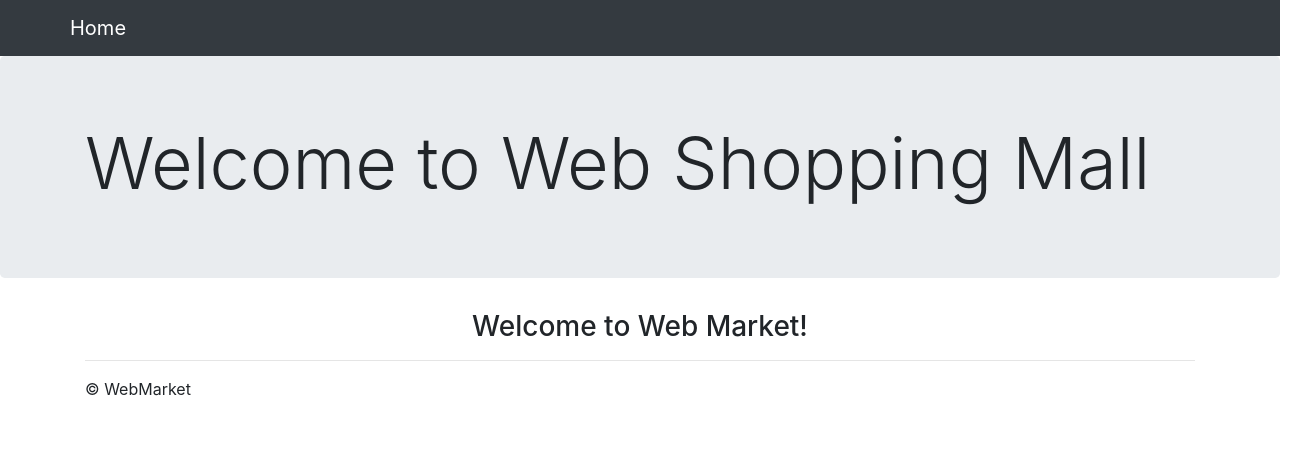
Repository: hodob/JSP_Practice
Page: http://localhost/JSP_WebMarket_JJH/ch02_ex/welcome.jsp
An editor plug-in stored every save of this project. The page is shown before and after the next save, followed by the edit.
The browser window is 1280 px wide. The page is 1280 px wide, then 1295 px, so the pictures cover 1295 px, including what lies to the right of the window. The pictures show the whole page.
The page is served by Tomcat 9. Other server files are loaded and not shown.

Above is the page before, as saved 2022-08-05 06:02:47.

### JSP_WebMarket_JJH/WebContent/ch02_ex/welcome.jsp
<%@ page language="java" contentType="text/html; charset=UTF-8"
	pageEncoding="UTF-8"%>
<!DOCTYPE html>
<html>
<head>
<meta charset="UTF-8">
<link rel="stylesheet" href="https://maxcdn.bootstrapcdn.com/bootstrap/4.0.0/css/bootstrap.min.css">
<title>Welcome</title>
</head>
<body>
	<nav class="navbar navbar-expand  navbar-dark bg-dark">
		<div class="container">
			<div class="navbar-header">
				<a class="navbar-brand" href="./welcome.jsp">Home</a>
			</div>
		</div>
	</nav>
	<%!String greeting = "Welcome to Web Shopping Mall";
	String tagline = "Welcome to Web Market!";%>
	<div class="jumbotron">
		<div class="container">
			<h1 class="display-3">
				<%=greeting%>
			</h1>
		</div>
	</div>
	<div class="container">
		<div class="text-center">
			<h3>
				<%=tagline%>
			</h3>
		</div>
		<hr>
	</div>
	<footer class="container">
		<p>&copy; WebMarket</p>
	</footer>
</body>
</html>

After the next save:
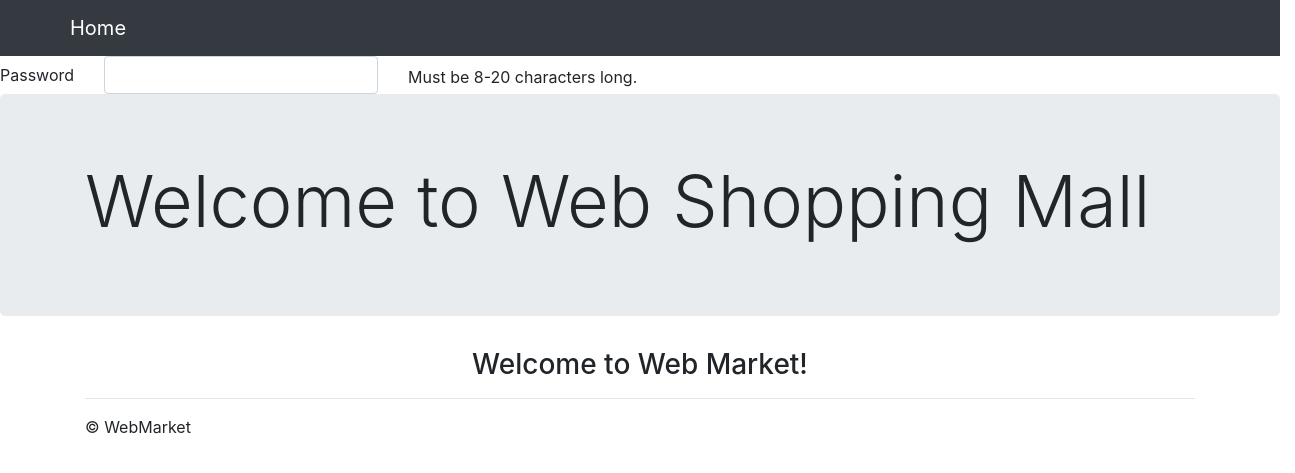
Saved 10 min 48 s later.
--- a/JSP_WebMarket_JJH/WebContent/ch02_ex/welcome.jsp
+++ b/JSP_WebMarket_JJH/WebContent/ch02_ex/welcome.jsp
@@ -17,6 +17,19 @@
 	</nav>
 	<%!String greeting = "Welcome to Web Shopping Mall";
 	String tagline = "Welcome to Web Market!";%>
+	<div class="row g-3 align-items-center">
+  <div class="col-auto">
+    <label for="inputPassword6" class="col-form-label">Password</label>
+  </div>
+  <div class="col-auto">
+    <input type="password" id="inputPassword6" class="form-control" aria-describedby="passwordHelpInline">
+  </div>
+  <div class="col-auto">
+    <span id="passwordHelpInline" class="form-text">
+      Must be 8-20 characters long.
+    </span>
+  </div>
+</div>
 	<div class="jumbotron">
 		<div class="container">
 			<h1 class="display-3">
